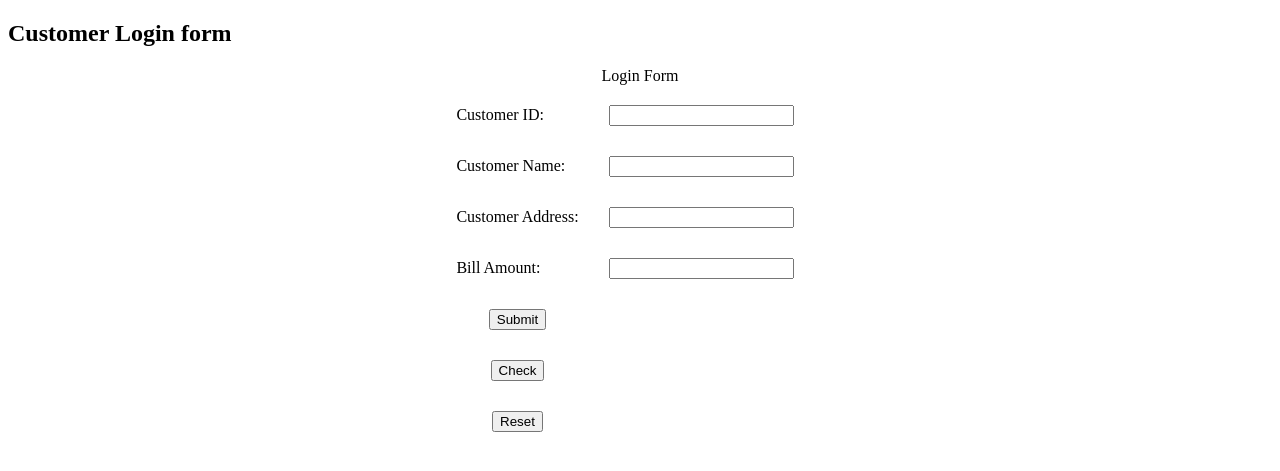
Repository: abhishek110597/Deloitte
Page: Workspace/JavaTraining/CustomerForm.html
These files come from the project's save history. The page is drawn as it stood at one moment and after the next save; the edit follows.
The browser window is 1280 px wide. The pictures show the whole page.

Above is the page before, as saved 2019-12-30 10:19:59.

### Workspace/JavaTraining/CustomerForm.html
<!DOCTYPE html>
<html>
<head>
<meta charset="ISO-8859-1">
<title>Customer login form</title>
<script type="text/javascript">
	function validate() {
		cid = false
		cname = false
		caddress = false
		billamt = false

		var customerId = document.getElementById("customerId").value
		var customerName = document.getElementById("customerName").value
		var customerAddress = document.getElementById("customerAddress").value
		var billAmount = document.getElementById("billAmount").value
		var errorCustomerId = document.getElementById("errorCustomerId")
		var errorCustomerName = document.getElementById("errorCustomerName")
		var errorCustomerAddress = document
				.getElementById("errorCustomerAddress")
		var errorbillAmount = document.getElementById("errorbillAmount")

		if (customerId == 0 || customerId.length < 6) {
			errorCustomerId.innerHTML = "<font color='red'>Invalid CustomerID, Must have atleast 6 characters"
			return false
		} else {
			errorCustomerId.innerHTML = ""
			cid = true
		}

		if (customerAddress == "Pune" || customerAddress == "Mumbai"
				|| customerAddress == "Delhi") {
			errorCustomerAddress.innerHTML = ""
				caddress = true
		} else if (customerAddress == 0) {
			errorCustomerAddress.innerHTML = "<font color='red'>Enter the city"
		return false
		} else {
			errorCustomerAddress.innerHTML = "<font color='red'>Invalid City"
			return false
		}

		if (customerName == 0) {
			errorCustomerName.innerHTML = "<font color='red'>Invalid Customer Name"
		return false
		} else {
			errorCustomerName.innerHTML = ""
			cname = true
		}

		if (billAmount <= 0) {
			errorbillAmount.innerHTML = "<font color='red'>Invalid Bill Amount"
		return false
		} else {
			errorbillAmount.innerHTML = ""
			billamt = true
		}
		console.log(cid,cname,caddress,billamt)
		display = document.getElementById("display")
		if (cid == true && cname == true && caddress == true && billamt == true) {
			display.innerHTML = "<font color='green'>Congrats, Your customer saved successfully <br/><br/>Your customer details are :<br/>Customer Id :"
					+ customerId+
			"<br/>Customer Name :" + customerName+
			"<br/>Customer Address :" + customerAddress+
			"<br/>Bill Amount :" + billAmount
		} else{
			display.innerHTML = ""
		}
	}
</script>
</head>
<body>
	<form>
		<h2>Customer Login form</h2>
		<table cellspacing="10" cellpadding="10" border="0" align="center">
			<caption>Login Form</caption>
			<tr>
				<td>Customer ID:</td>
				<td><input type="text" name="customerId" id="customerId" /></td>
				<td><span id="errorCustomerId"></span></td>
			</tr>
			<tr>
				<td>Customer Name:</td>
				<td><input type="text" name="customerName" id="customerName" /></td>
				<td><span id="errorCustomerName"></span></td>
			</tr>
			<tr>
				<td>Customer Address:</td>
				<td><input type="text" name="customerAddress"
					id="customerAddress" /></td>
				<td><span id="errorCustomerAddress"></span></td>
			</tr>
			<tr>
				<td>Bill Amount:</td>
				<td><input type="number" name="billAmount" id="billAmount" /></td>
				<td><span id="errorbillAmount"></span></td>
			</tr>
			<tr>
				<td align="center"><input type="submit" value="Submit"
					id="submit" /></td>
			</tr>
			<tr>
				<td align="center"><input type="button" value="Check" id="Go"
					onclick="validate()" /></td>
			</tr>
			<tr>
				<td align="center"><input type="reset" id="reset" /></td>
			</tr>
		</table>
		<div id=display align="center"></div>
	</form>
</body>
</html>

After the next save:
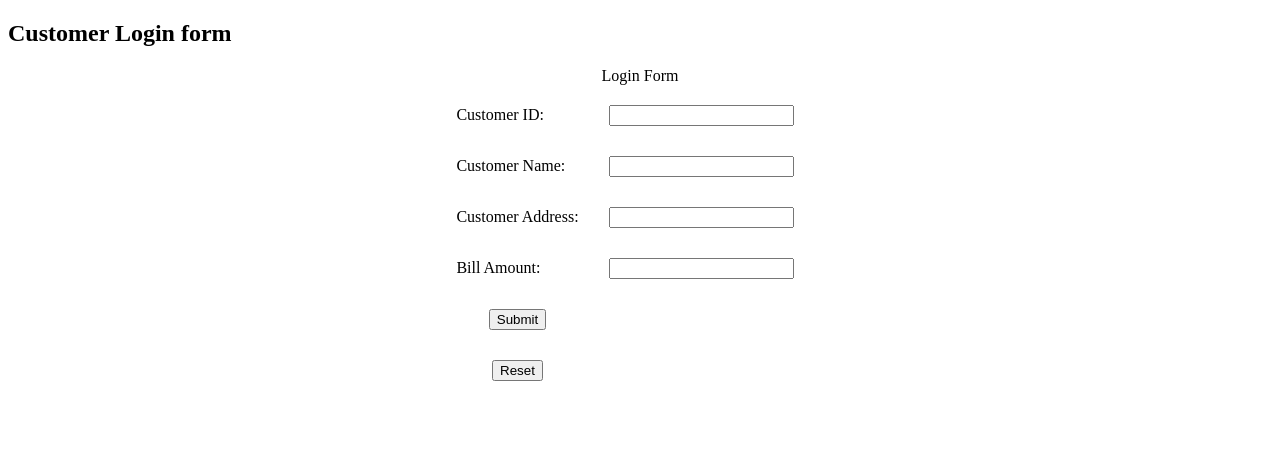
Saved 17 min 46 s later.
--- a/Workspace/JavaTraining/CustomerForm.html
+++ b/Workspace/JavaTraining/CustomerForm.html
@@ -70,7 +70,7 @@
 </script>
 </head>
 <body>
-	<form>
+	<form action="indec.html" onSubmit="return validate()">
 		<h2>Customer Login form</h2>
 		<table cellspacing="10" cellpadding="10" border="0" align="center">
 			<caption>Login Form</caption>
@@ -97,11 +97,7 @@
 			</tr>
 			<tr>
 				<td align="center"><input type="submit" value="Submit"
-					id="submit" /></td>
-			</tr>
-			<tr>
-				<td align="center"><input type="button" value="Check" id="Go"
-					onclick="validate()" /></td>
+					id="Go" onclick="validate()"/></td>
 			</tr>
 			<tr>
 				<td align="center"><input type="reset" id="reset" /></td>
